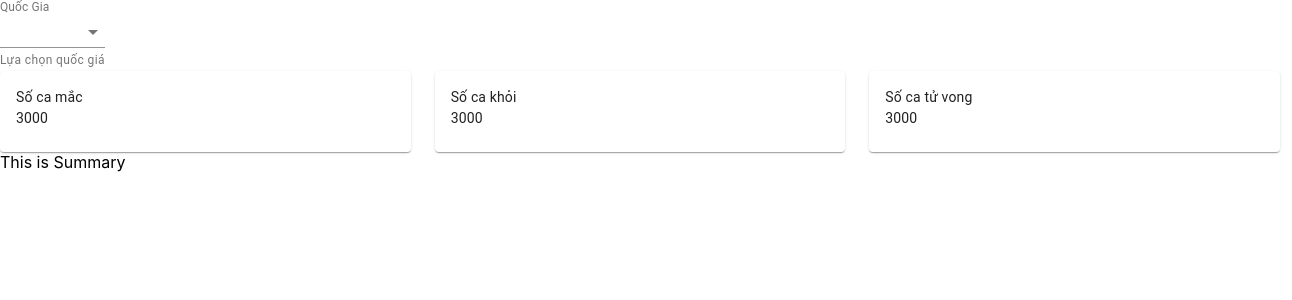
Repository: nguy3nds/covid-app
Page: /
The author's editor kept a copy of each file at every save. The page is drawn from the files as they stood at one save, then again after a run of saves.
The browser window is 1280 px wide. The page is 1292 px wide, so the pictures cover 1292 px, including what lies to the right of the window. The pictures show the whole page.
The page's requests for data from a server got no answer. The project was rebuilt for these pictures with package versions that can differ from the ones it lists, and the page was loaded fresh each time. No one was signed in, and anything a server would have sent is missing.

Above is the page before, as saved 2021-10-08 03:02:17.

After the next 2 saves:
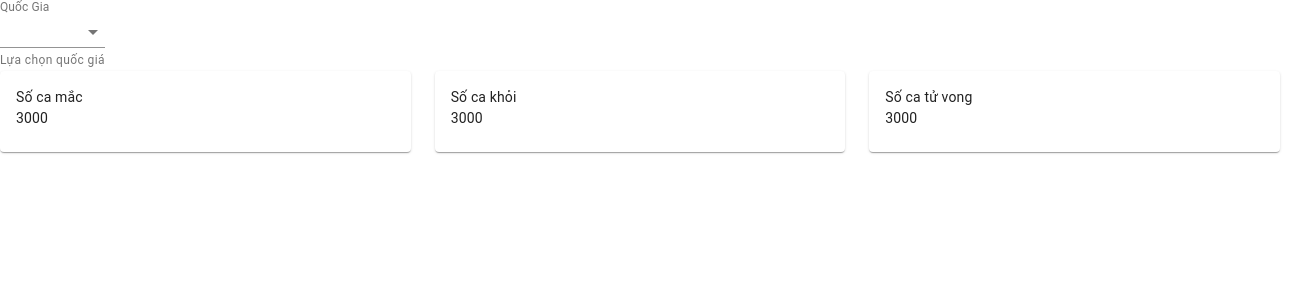
The 2 saves are shown as one change because 1 did not build or start.
The last was saved 87 s later.
--- a/src/components/Summary/index.js
+++ b/src/components/Summary/index.js
@@ -1,5 +1,6 @@
 import React from "react";
+import { Grid } from "@material-ui/core";
 
 export default function Summary() {
-  return <div>This is Summary</div>;
+  return <Grid container spacing={3}></Grid>;
 }
